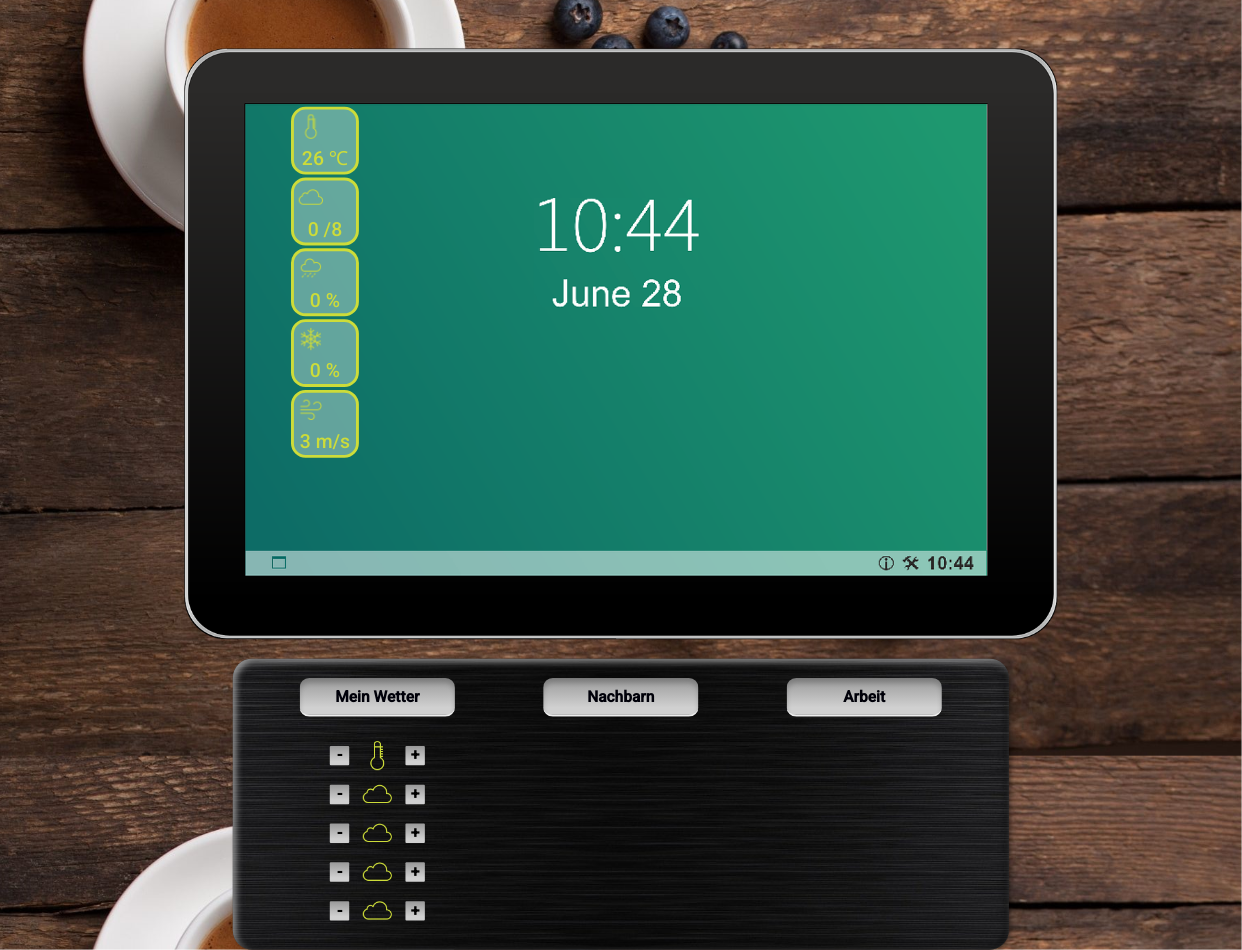
Repository: NadiaSchmitz/wetter.githab.io
Page: index.html
The author's editor kept a record of every edit. The page is drawn from the files as they stood at one moment, then again after the next edit.
The browser window is 1280 px wide. The pictures show the whole page, at 97% of full size.

Above is the page before.
Not found: styles/background1.css
Not found: styles/background2.css
Not found: styles/background3.css

After the next edit:
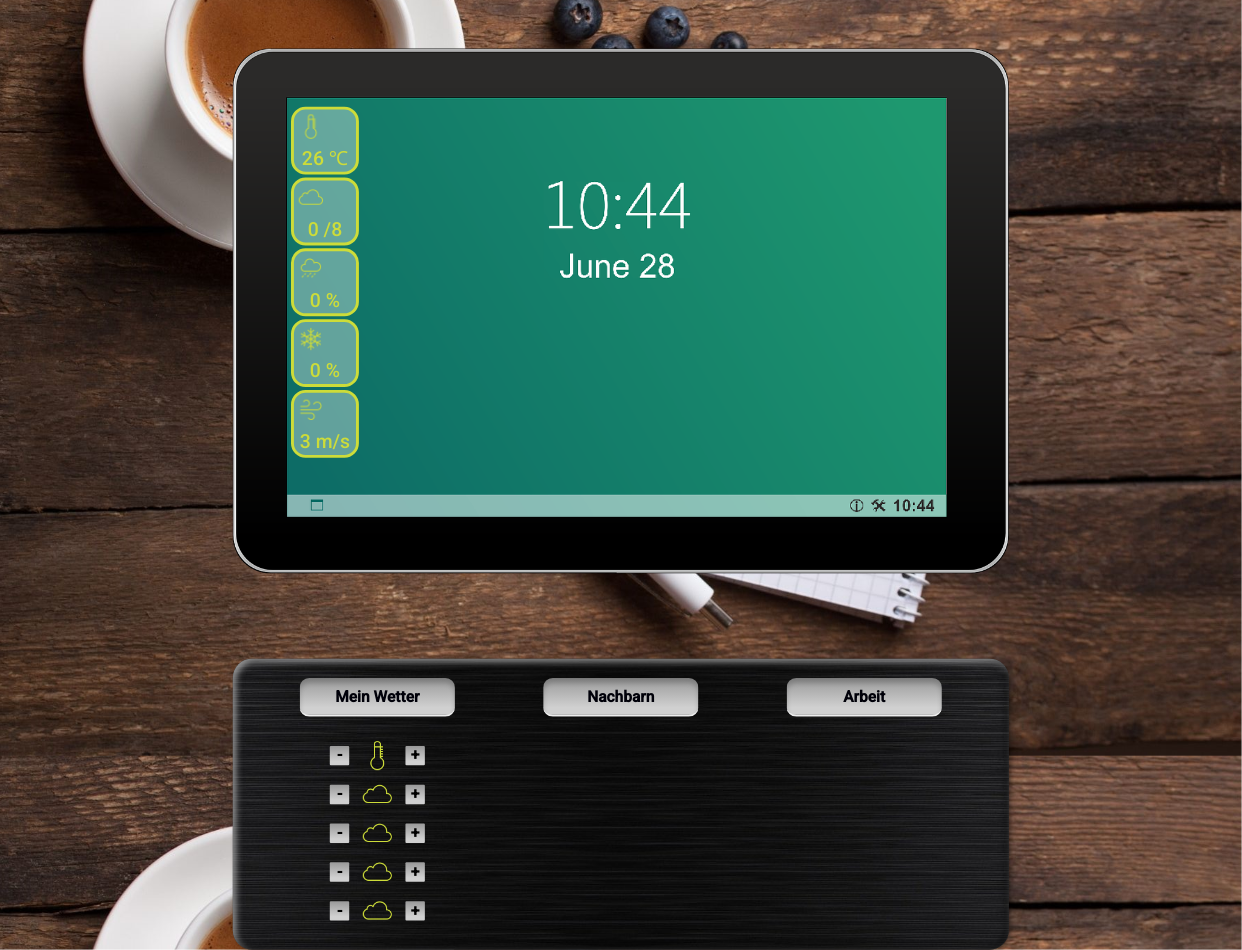
The edit:
--- a/styles/style.css
+++ b/styles/style.css
@@ -10,7 +10,7 @@
 }
 
 .weather_wrapper {
-  width: 900px;
+  width: 800px;
   height: 609px;
   background-size: contain;
   background-repeat: no-repeat;
